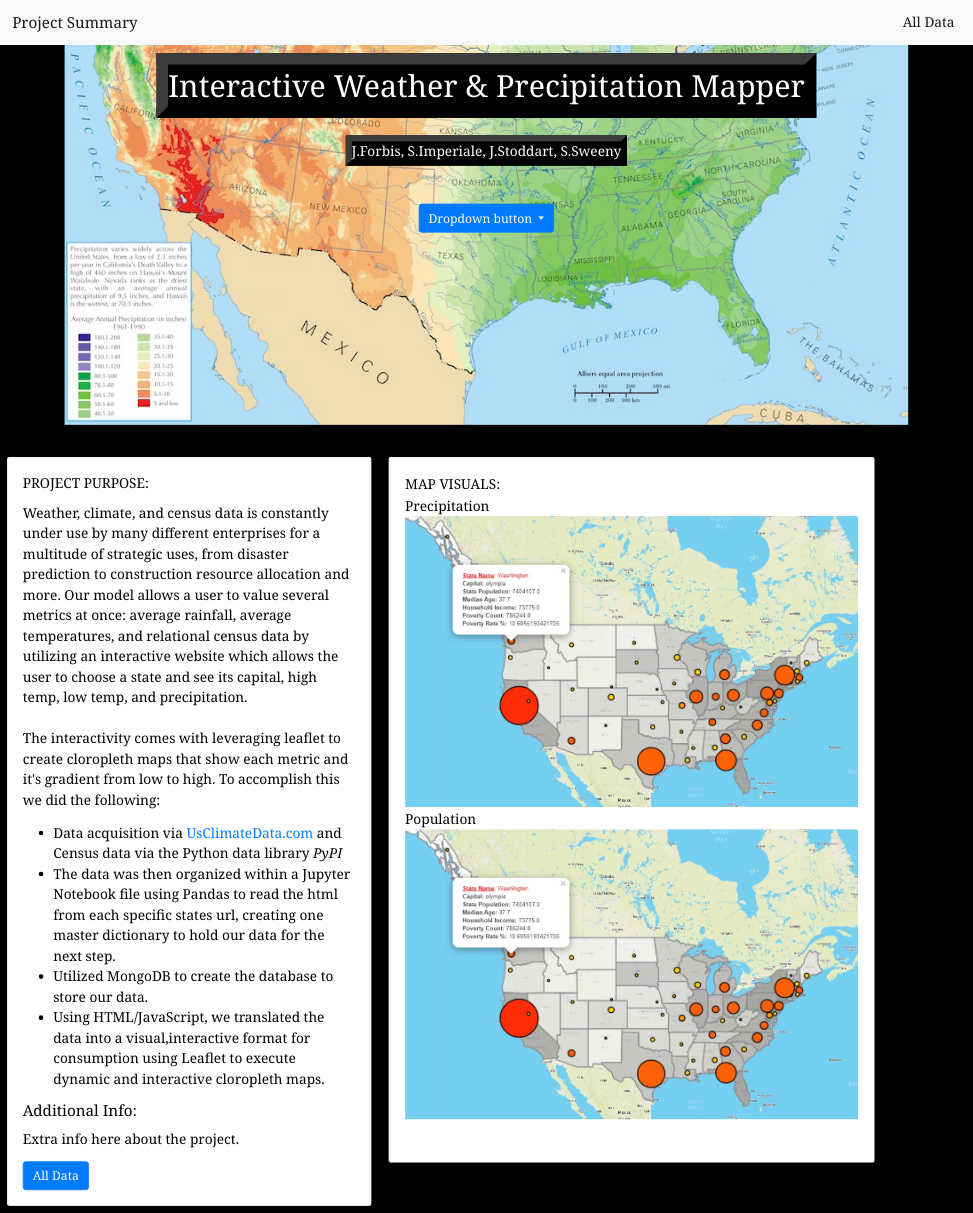
Repository: jforbis/project3-weathermap
Page: http://localhost/
These files come from the project's save history. The page is drawn as it stood at one moment and after the next save; the edit follows.
The browser window is 1280 px wide. The pictures show the whole page, at 76% of full size.
Backgrounds fixed to the window are drawn as part of the page. The page is served by the project's application, run on Flask 3 (app.py).

Above is the page before, as saved 2021-03-16 12:46:10.

After the next save:
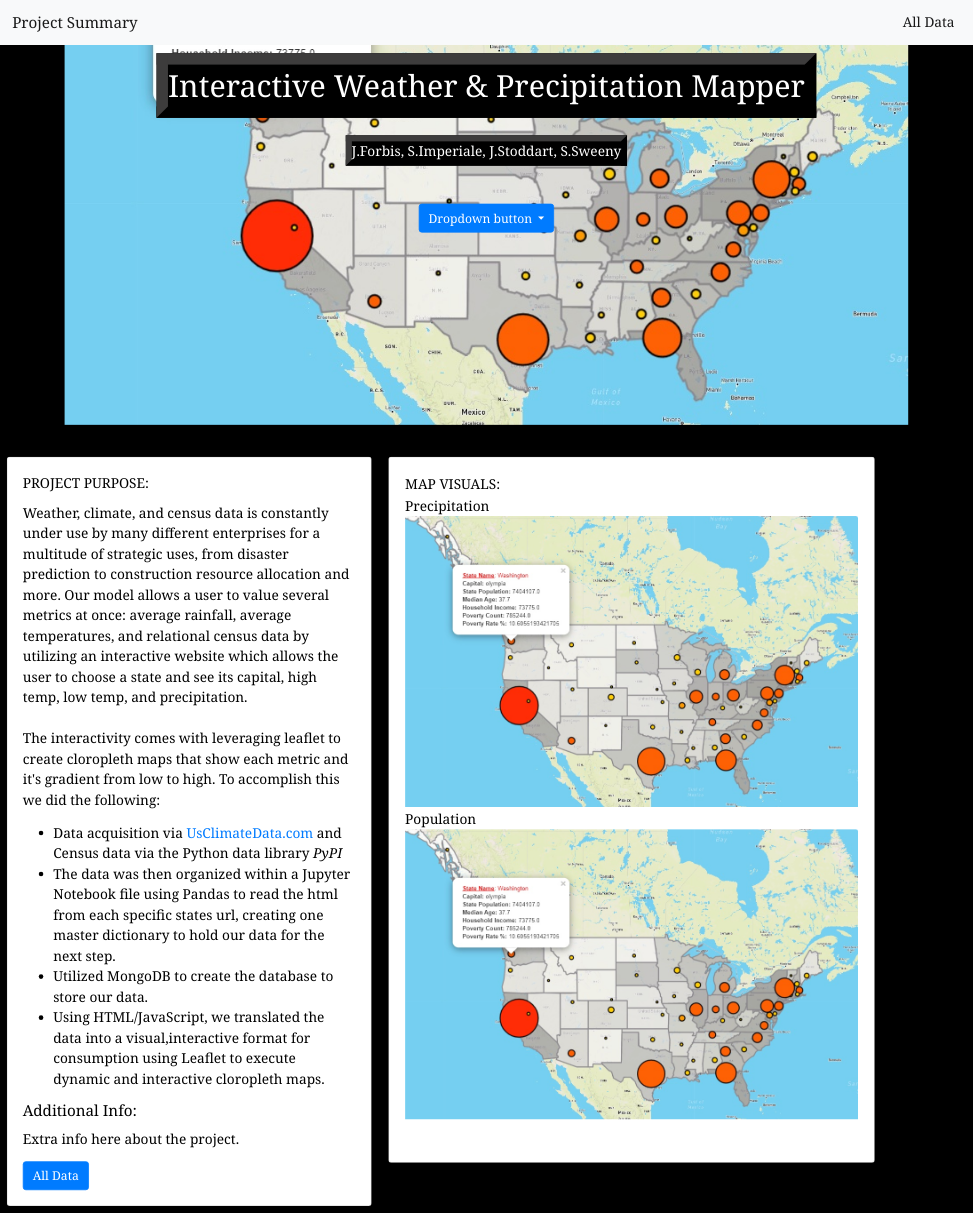
Saved 34 s later.
--- a/templates/index.html
+++ b/templates/index.html
@@ -36,7 +36,7 @@
     padding: 30px;
     margin: 0;
     background: blue;
-    background-image: url('../static/images/intro_image2.jpg');
+    background-image: url('../static/images/choropleth_pop.jpg');
     background-attachment: fixed;
     background-position: bottom center;
     background-size: cover;">

After the save that followed:
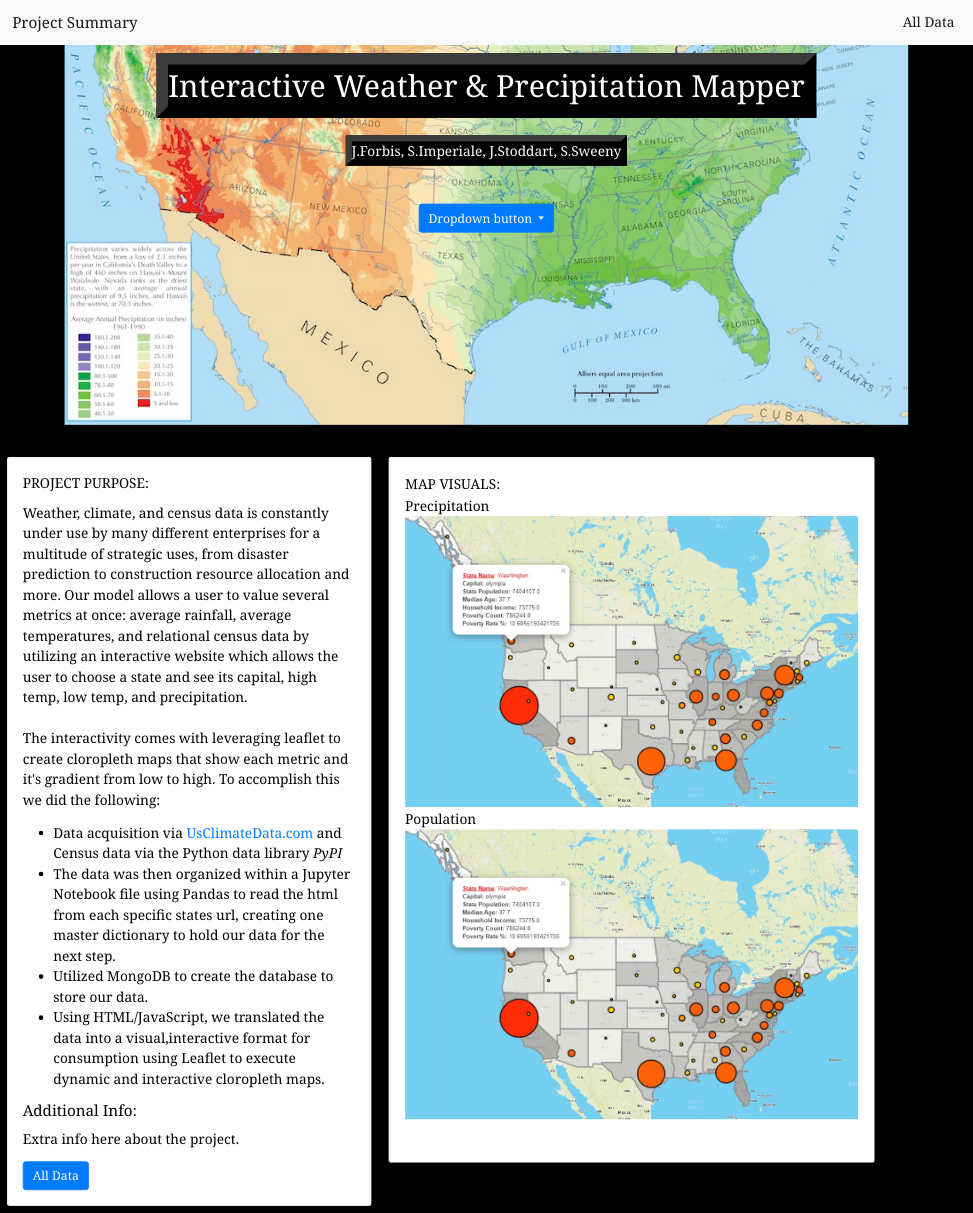
Saved 21 s later.
--- a/templates/index.html
+++ b/templates/index.html
@@ -36,7 +36,7 @@
     padding: 30px;
     margin: 0;
     background: blue;
-    background-image: url('../static/images/choropleth_pop.jpg');
+    background-image: url('../static/images/intro_image2.jpg');
     background-attachment: fixed;
     background-position: bottom center;
     background-size: cover;">
